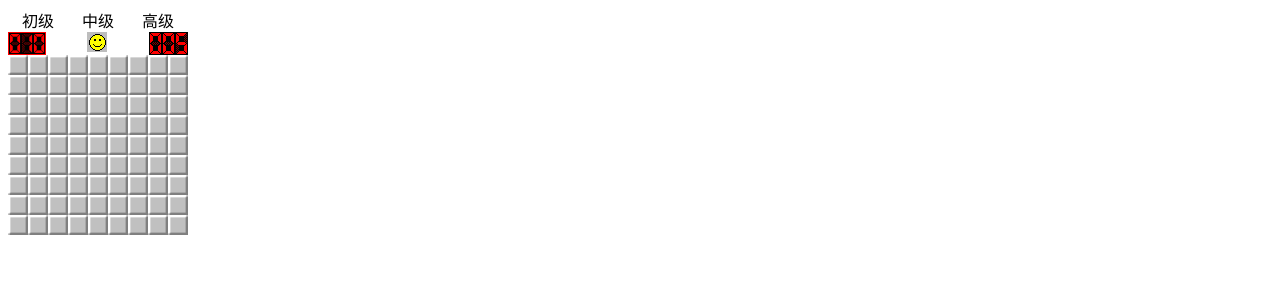
Repository: vLinv/MineSweeper
Page: index.html
These files come from the project's save history. The page is drawn as it stood at one moment and after the next save; the edit follows.
The browser window is 1280 px wide. The pictures show the whole page.

Above is the page before, as saved 2022-02-18 16:37:31.

### index.html
<!DOCTYPE html>
<html lang="en">

<head>
  <meta charset="UTF-8">
  <meta http-equiv="X-UA-Compatible" content="IE=edge">
  <meta name="viewport" content="width=device-width, initial-scale=1.0">
  <title>MineSweeper</title>
</head>

<body>

  <div id="game_wrap">
    <div class="level_select">
      <span class="level" onclick="changeLevel('primary')">初级</span>
      <span class="level" onclick="changeLevel('intermediate')">中级</span>
      <span class="level" onclick="changeLevel('advanced')">高级</span>
    </div>
    <div class="header_wrap">
      <canvas id="mineNumCanvas" width="39" height="23" style="border: 1px solid red;"></canvas>
      <div class="face_btn" onclick="restartGame()">
        <img src="./img/face_normal.gif" alt="">
      </div>
      <canvas id="timeCanvas" width="39" height="23"></canvas>
    </div>
    <div class="section_wrap">
      <canvas id="canvas" width="180" height="180"></canvas>
    </div>
  </div>
  <style>
    #game_wrap {
      width: 180px;
    }

    .level_select {
      width: 100%;
      display: flex;
    }

    .level {
      flex: 10;
      text-align: center;
    }

    .header_wrap {
      width: 100%;
      height: 23px;
      display: flex;
    }

    #mineNumCanvas {
      flex: 1;
    }

    .face_btn {
      flex: 10;
      text-align: center;
    }

    #timeCanvas {
      flex: 1;
    }
  </style>
  <script>
    /** @type {HTMLCanvasElement} */
    // 游戏canvas
    const canvasNode = document.getElementById('canvas')
    const ctx = canvasNode.getContext('2d')
    // mineNum与timer Canvas
    const mineNumNode = document.getElementById('mineNumCanvas')
    const timerNode = document.getElementById('timeCanvas')
    const mineNumCtx = mineNumNode.getContext('2d')
    const timerCtx = timerNode.getContext('2d')

    // 存储图片路径（name, url）
    const imgArr = new Map();
    // 存储已加载好的图片 (name, img)
    const imgArrElement = new Map();
    // 资源是否加载完成
    let sourceInit = false;

    let mineSweeper = null;
    let curLevel = 'primary'

    const MAP_LEVEL = {
      'primary': {
        mapSize: [9, 9],
        mineNum: 10
      },
      'intermediate': {
        mapSize: [16, 16],
        mineNum: 40
      },
      'advanced': {
        mapSize: [16, 30],
        mineNum: 99
      }
    }

    function initImage() {
      imgArr.set('ask', './img/ask.gif')
      imgArr.set('blank', './img/blank.gif')
      imgArr.set('blood', './img/blood.gif')
      imgArr.set('flag', './img/flag.gif')
      imgArr.set('mine', './img/mine.gif')
      for (let i = 0; i <= 8; i++) {
        imgArr.set(i, './img/' + i + '.gif')
      }
      for (let i = 0; i <= 9; i++) {
        imgArr.set('num_' + i, './img/num_' + i + '.jpg');
      }
      const loadImage = (url) => {
        return new Promise((reslove) => {
          let img = new Image();
          img.onload = () => reslove(img)
          img.src = url
        })
      }
      const promiseArr = [];
      // 获取所有图片的promise对象并使用promise.all进行加载
      [...imgArr.keys()].forEach(e => {
        promiseArr.push(loadImage(imgArr.get(e)))
      });
      sourceInit = true;
      return Promise.all(promiseArr)
    }

    // 开始游戏
    async function startGame() {
      if (!sourceInit) {
        const res = await initImage()
        const keys = [...imgArr.keys()];
        res.forEach((item, index) => {
          imgArrElement.set(String(keys[index]), item)
        })
      }
      mineSweeper = new MineSweeper(curLevel);
      mineSweeper.initGame();
    }

    class MineSweeper {
      constructor(curLevel) {
        this.level = curLevel
        this.map = [];
        this.mapSizeX = 0;
        this.mapSizeY = 0;
        this.mineNum = 0;
        this.bombList = [];
        this.flagList = [];
        this.problemList = [];
        this.isGameOver = false;
        this.mineNumCanvas = mineNumCtx;
        this.timerCanvas = timerCtx;
        this.timer = null;
        this.time = 0;
      }

      initGame() {
        const {
          mapSize,
          mineNum
        } = MAP_LEVEL[this.level]
        this.mapSizeX = mapSize[0];
        this.mapSizeY = mapSize[1];
        canvasNode.width = this.mapSizeX * 20;
        canvasNode.height = this.mapSizeY * 20;
        const gameWrapNode = document.getElementById('game_wrap');
        gameWrapNode.setAttribute('style', `width: ${this.mapSizeX * 20}px;`);
        console.log(gameWrapNode);
        this.mineNum = mineNum;
        this.buildMap();
        this.buildBomb();
        this.drawMap();
        this.drawGameInfo(this.mineNum, this.mineNumCanvas);
        this.drawGameInfo(this.time, this.timerCanvas)
        this.timer = setInterval(() => {
          this.time += 1;
          this.drawGameInfo(this.time, this.timerCanvas)
          if (this.time >= 999) {
            this.time = 0;
          }
        }, 1000)
      }

      buildMap() {
        for (let i = 0; i < this.mapSizeX; i++) {
          this.map.push(new Array(this.mapSizeY).fill(-1))
        }
      }

      buildBomb() {
        let curBomb = 0;
        while (curBomb < this.mineNum) {
          let xPos = Number.parseInt(Math.random() * this.mapSizeX);
          let yPos = Number.parseInt(Math.random() * this.mapSizeY);
          if (this.bombList.find(item => {
              return xPos === item[0] && yPos === item[1]
            }) === undefined) {
            this.bombList.push([xPos, yPos])
            curBomb++;
          }
        }
      }
      // 绘制
      drawMap() {
        const blankImg = imgArrElement.get('blank')
        const flag = imgArrElement.get('flag')
        for (let i = 0; i < this.mapSizeX; i++) {
          for (let j = 0; j < this.mapSizeY; j++) {
            if (this.map[i][j] === -1) {
              ctx.drawImage(blankImg, 0, 0, blankImg.width, blankImg.height, 20 * i, 20 * j, 20, 20)
            } else if (this.map[i][j] >= 0) {
              const numImg = imgArrElement.get(this.map[i][j] + '')
              ctx.drawImage(numImg, 0, 0, numImg.width, numImg.height, 20 * i, 20 * j, 20, 20)
            }
            if (this.posInflagList(i, j) !== -1) {
              ctx.drawImage(flag, 0, 0, flag.width, flag.height, 20 * i, 20 * j, 20, 20)
            }
          }
        }
      }

      drawAllBomb(xPos, yPos) {
        const blood = imgArrElement.get('blood')
        const mine = imgArrElement.get('mine')
        // 绘制所有地雷
        this.bombList.forEach(e => {
          if (e[0] === xPos && e[1] === yPos) {
            ctx.drawImage(blood, 0, 0, blood.width, blood.height, 20 * e[0], 20 * e[1], 20, 20)
          } else {
            ctx.drawImage(mine, 0, 0, mine.width, mine.height, 20 * e[0], 20 * e[1], 20, 20)
          }
        })
      }


      // 绘制地雷数与计时器
      drawGameInfo(num, ctx) {
        // 将num转换为3位数字
        const tmpArr = new Array(3).fill(0);
        const arr = [...num + '']
        while (arr.length < 3) {
          arr.unshift('0')
        }
        for (let i = 0; i < 3; i++) {
          ctx.drawImage(imgArrElement.get('num_' + arr[i]), i * 13, 0)
        }
      }

      // 获取(xPos, yPos)周围八格位置
      getAroundGrid(xPos, yPos) {
        const pos = [-1, 0, 1];
        const around = [];
        for (let i = 0; i < pos.length; i++) {
          let tmpxPos = xPos + pos[i];
          // 边界
          if (tmpxPos < 0 || tmpxPos >= this.mapSizeX) {
            continue
          }
          for (let j = 0; j < pos.length; j++) {
            let tmpyPos = yPos + pos[j];
            if (tmpyPos < 0 || tmpyPos >= this.mapSizeY || (tmpxPos === xPos && tmpyPos === yPos)) {
              continue
            }
            around.push([tmpxPos, tmpyPos])
          }
        }
        return around;
      }

      // 点击(xPos, yPos)操作
      clickPos(xPos, yPos) {
        // 判断游戏是否结束
        if (this.posInBombList(xPos, yPos)) {
          this.gameOver(xPos, yPos);
          return;
        }
        const queue = []
        queue.push([xPos, yPos]);
        while (queue.length > 0) {
          let tmpNode = queue.shift()
          let tmpxPos = tmpNode[0],
            tmpyPos = tmpNode[1]
          // 该点为雷或已经打开则跳过
          if (this.posInBombList(tmpxPos, tmpyPos) || this.map[tmpxPos][tmpyPos] >= 0) {
            continue;
          }
          const around = this.getAroundGrid(tmpxPos, tmpyPos, this.map.length)
          // around中有几个雷
          let bombNum = 0
          around.forEach(x => {
            this.bombList.forEach(y => {
              if (x[0] === y[0] && x[1] === y[1]) {
                bombNum++;
              }
            })
          })
          this.map[tmpxPos][tmpyPos] = bombNum;
          // 如果周围没有雷，则继续打开周围坐标
          if (bombNum === 0) {
            queue.push(...around)
          }
        }
        this.drawMap()
      }

      // 游戏结束操作
      gameOver(xPos, yPos) {
        this.drawAllBomb(xPos, yPos)
        this.isGameOver = true;
      }

      // (xPos, yPos)是否为雷
      posInBombList(xPos, yPos) {
        // true: 存在
        return this.bombList.find(item => {
          return xPos === item[0] && yPos === item[1]
        }) !== undefined
      }

      // (xPos, yPos)是否被标记
      posInflagList(xPos, yPos) {
        return this.flagList.findIndex(item => {
          return xPos === item[0] && yPos === item[1]
        })
      }

      // 判断游戏是否胜利
      checkGameWin() {
        // 剩余未打开格子都存在于bombList中
        for (let i = 0; i < this.mapSizeX; i++) {
          for (let j = 0; j < this.mapSizeY; j++) {
            let tmpGrid = this.map[i][j]
            if (tmpGrid < 0 && !this.posInBombList(i, j)) {
              return false;
            }
          }
        }
        return true;
      }

      // 标记(xPos, yPos)
      signBomb(xPos, yPos) {
        const pos = this.posInflagList(xPos, yPos)
        if (pos !== -1) {
          this.flagList.splice(pos, 1)
        } else {
          this.flagList.push([xPos, yPos])
        }
        this.drawGameInfo(this.mineNum - this.flagList.length, this.mineNumCanvas)
        this.drawMap()
      }

      closeTimer() {
        clearInterval(this.timer)
      }
    }

    // 监听点击事件
    document.addEventListener('click', e => {
      if (e.target !== canvas || mineSweeper.isGameOver) {
        return;
      }
      mineSweeper.clickPos(Number.parseInt(e.offsetX / 20), Number.parseInt(e.offsetY / 20))
    })

    // 监听右键事件
    document.oncontextmenu = e => {
      if (e.target !== canvas || mineSweeper.isGameOver) {
        return false;
      }
      const xPos = Number.parseInt(Number.parseInt(e.offsetX / 20)),
        yPos = Number.parseInt(Number.parseInt(e.offsetY / 20))
      mineSweeper.signBomb(xPos, yPos)
      return false;
    };

    function restartGame() {
      mineSweeper.closeTimer();
      startGame();
    }


    // 改变等级
    function changeLevel(level) {
      curLevel = level
      restartGame();
    }
    startGame();
  </script>
</body>

</html>

After the next save:
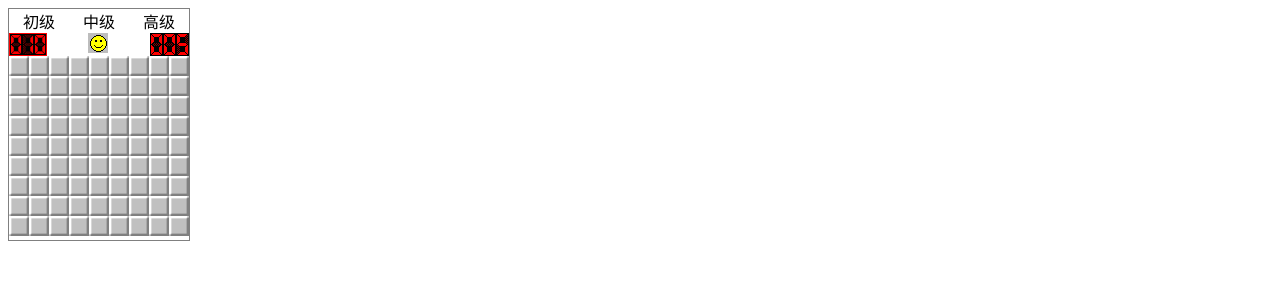
Saved 26 s later.
--- a/index.html
+++ b/index.html
@@ -10,7 +10,7 @@
 
 <body>
 
-  <div id="game_wrap">
+  <div id="game_wrap" class="game_wrap">
     <div class="level_select">
       <span class="level" onclick="changeLevel('primary')">初级</span>
       <span class="level" onclick="changeLevel('intermediate')">中级</span>
@@ -31,7 +31,9 @@
     #game_wrap {
       width: 180px;
     }
-
+    .game_wrap{
+      border: 1px solid gray;
+    }
     .level_select {
       width: 100%;
       display: flex;
